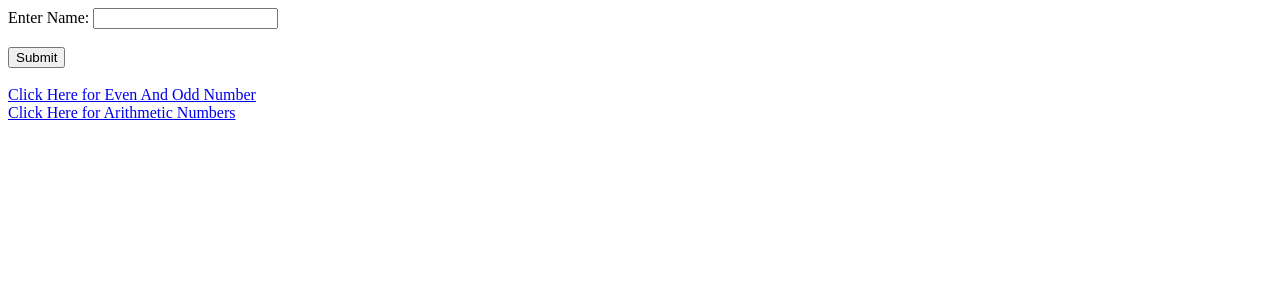
Repository: SNEHASHINDE26/JDBC
Page: eclipse-workspace/jspProject/src/main/webapp/index.html
An editor plug-in stored every save of this project. The page is shown before and after the next save, followed by the edit.
The browser window is 1280 px wide. The pictures show the whole page.

Above is the page before, as saved 2024-01-16 12:56:08.

After the next save:
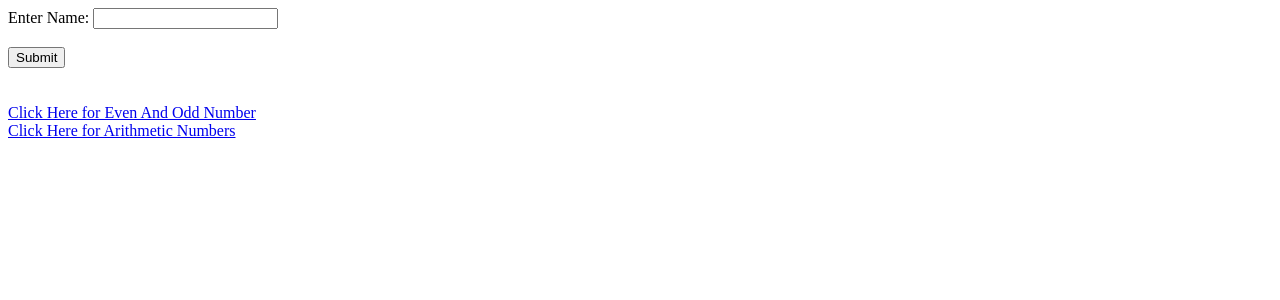
Saved 49 s later.
--- a/eclipse-workspace/jspProject/src/main/webapp/index.html
+++ b/eclipse-workspace/jspProject/src/main/webapp/index.html
@@ -12,7 +12,7 @@
           <input type = "text" name = "username"><br></br>
           <input type = "submit" name = "SUBMIT">
 
-      </form><br>
+      </form><br></br>
 
       <a href = "number.html">Click Here for Even And Odd Number</a><br>
       <a href = "arithmetic.html">Click Here for Arithmetic Numbers</a><br>

After the save that followed:
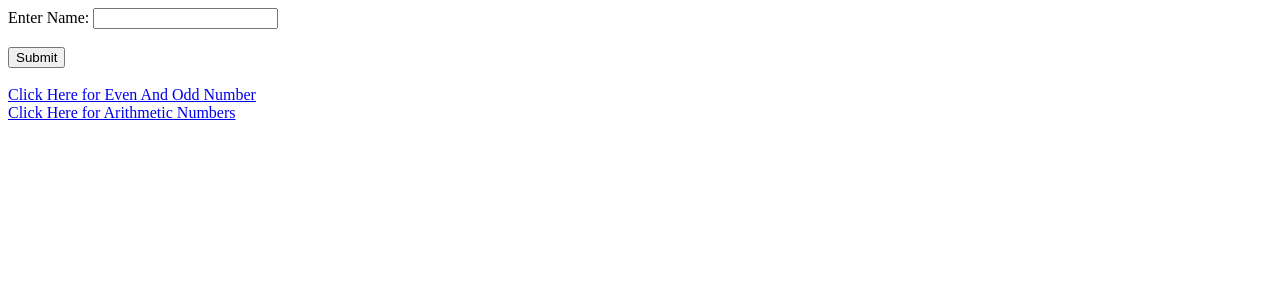
Saved 8 s later.
--- a/eclipse-workspace/jspProject/src/main/webapp/index.html
+++ b/eclipse-workspace/jspProject/src/main/webapp/index.html
@@ -12,7 +12,7 @@
           <input type = "text" name = "username"><br></br>
           <input type = "submit" name = "SUBMIT">
 
-      </form><br></br>
+      </form><br>
 
       <a href = "number.html">Click Here for Even And Odd Number</a><br>
       <a href = "arithmetic.html">Click Here for Arithmetic Numbers</a><br>
